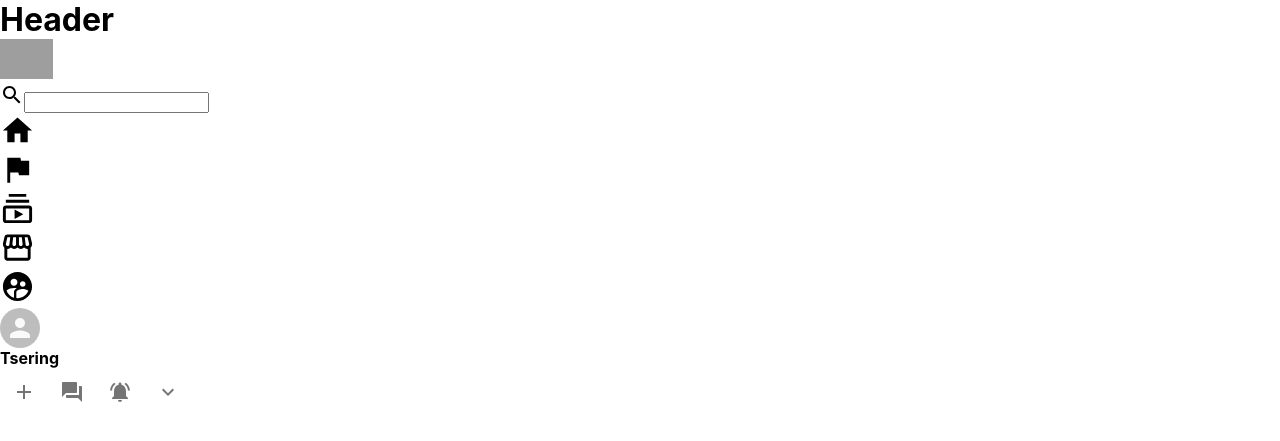
Repository: exiled-kal/FaceBook
Page: /
The author's editor kept a copy of each file at every save. The page is drawn from the files as they stood at one save, then again after the next save.
The browser window is 1280 px wide. The pictures show the whole page.
Pictures or frames that could not be fetched are drawn as grey boxes. The project was rebuilt for these pictures with package versions that can differ from the ones it lists, and the page was loaded fresh each time. Also part of the build but not shown: src/App.css.

Above is the page before, as saved 2020-08-29 21:46:02.

After the next save:
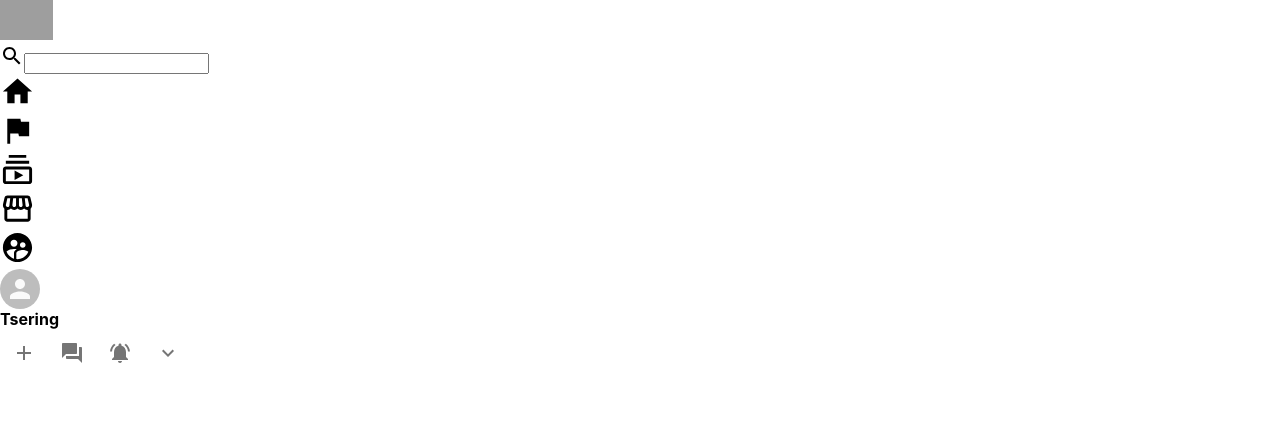
Saved 6 s later.
--- a/src/Header.js
+++ b/src/Header.js
@@ -15,7 +15,6 @@
 function Header() {
   return (
     <div className="header">
-      <h1>Header</h1>
       <div className="header__left">
         <img
           src="https://facebookbrand.com/wp-content/uploads/2019/04/f_logo_RGB-Hex-Blue_512.png?w=512&h=512"
